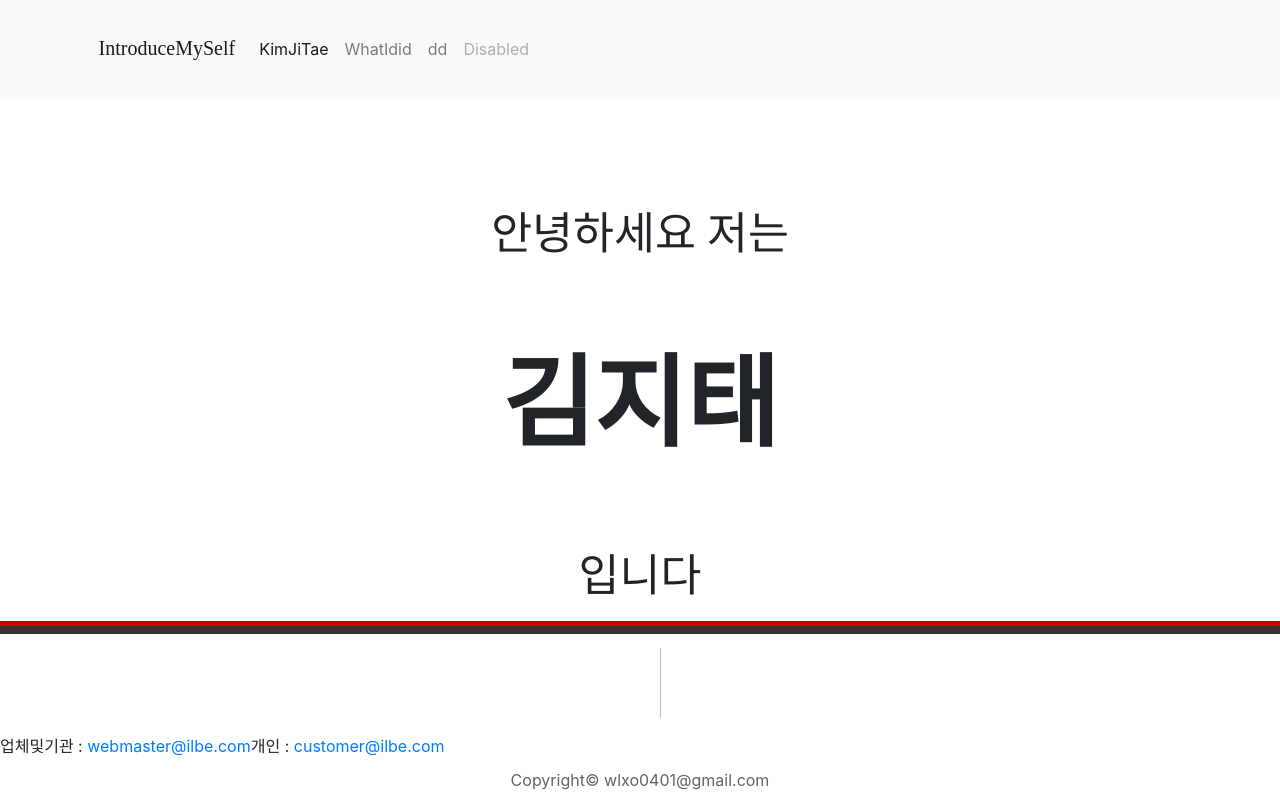
Repository: wlxo0401/IntroduveMySelf
Page: IntroduceMySelf/WebContent/Index.html
An editor plug-in stored every save of this project. The page is shown before and after the next save, followed by the edit.
The browser window is 1280 px wide. The pictures show the whole page.

Above is the page before, as saved 2020-03-11 06:23:55.

### IntroduceMySelf/WebContent/Index.html
<!DOCTYPE html>
<html>
  <head>
    <!-- Required meta tags -->
    <meta charset="utf-8">
    <meta name="viewport" content="width=device-width, initial-scale=1, shrink-to-fit=no">

    <!-- Bootstrap CSS -->
    <link rel="stylesheet" href="https://stackpath.bootstrapcdn.com/bootstrap/4.4.1/css/bootstrap.min.css" integrity="sha384-Vkoo8x4CGsO3+Hhxv8T/Q5PaXtkKtu6ug5TOeNV6gBiFeWPGFN9MuhOf23Q9Ifjh" crossorigin="anonymous">

    <title>Hello, world!</title>
    <link rel = "stylesheet" href = "style.css">
  </head>
<body>

<div id = "wrap">
	<!-- header -->
	<div id = "header">
		<nav class="navbar navbar-expand-lg navbar-light bg-light nav-distance">
			<a class="navbar-brand" href="https://pensive-heyrovsky-621c38.netlify.com/#">IntroduceMySelf</a>
		  	<button class="navbar-toggler" type="button" data-toggle="collapse" data-target="#navbarNav" aria-controls="navbarNav" aria-expanded="false" aria-label="Toggle navigation">
		    	<span class="navbar-toggler-icon"></span>
		  	</button>
		  	<div class="collapse navbar-collapse" id="navbarNav">
		    	<ul class="navbar-nav">
		      		<li class="nav-item active">
		        		<a class="nav-link" href="#">KimJiTae <span class="sr-only">(current)</span></a>
		      		</li>
		      		<li class="nav-item">
		        		<a class="nav-link" href="#">WhatIdid</a>
		      		</li>
		      		<li class="nav-item">
		        		<a class="nav-link" href="#">dd</a>
		      		</li>
		      		<li class="nav-item">
		        		<a class="nav-link disabled" href="#" tabindex="-1" aria-disabled="true">Disabled</a>
		      		</li>
		    	</ul>
			</div>
		</nav>
	</div>
	<!-- //header -->
	<!-- container -->
	<div class = "container">
		<!-- <img src="img/kimjitae1.jpg" id="bg" alt=""> -->
		<h1 class = "maintitle2">안녕하세요 저는</h2>
		<h1 class = "maintitle1">김지태</h1>
		<h1 class = "maintitle2">입니다</h2>
	</div>
	<!-- //container -->
	<!-- footer -->
	<div id = "footer">
		<div class="footer-border"></div>
		<ul class="footer-util">
				<li><a href="/list/notice">공지사항</a></li>
				<li><a href="/list/suggestion">문의 및 신고</a></li>
				<li><a href="/policy/terms" target="_blank">이용약관</a></li>
				<li><a href="/policy/privacy" target="_blank">개인정보취급방침</a></li>
				<li><a href="/policy/youth" target="_blank">청소년보호정책</a></li>
				<li><a href="/view/4810992">게시물 삭제요청방법</a></li>
				<li><a href="http://ad.ilbe.com">광고문의</a></li>
		</ul>
		<div class="address">업체및기관 : <a href="mainto:webmaster@ilbe.com">webmaster@ilbe.com</a><span class="bar"></span>개인 : <a href="mainto:customer@ilbe.com">customer@ilbe.com</a></div>
		<div class="copyright">Copyright© wlxo0401@gmail.com</div>
	</div>
	<!-- //footer -->
</div>
<!-- Optional JavaScript -->
<!-- jQuery first, then Popper.js, then Bootstrap JS -->
<script src="https://code.jquery.com/jquery-3.4.1.slim.min.js" integrity="sha384-J6qa4849blE2+poT4WnyKhv5vZF5SrPo0iEjwBvKU7imGFAV0wwj1yYfoRSJoZ+n" crossorigin="anonymous"></script>
<script src="https://cdn.jsdelivr.net/npm/popper.js@1.16.0/dist/umd/popper.min.js" integrity="sha384-Q6E9RHvbIyZFJoft+2mJbHaEWldlvI9IOYy5n3zV9zzTtmI3UksdQRVvoxMfooAo" crossorigin="anonymous"></script>
<script src="https://stackpath.bootstrapcdn.com/bootstrap/4.4.1/js/bootstrap.min.js" integrity="sha384-wfSDF2E50Y2D1uUdj0O3uMBJnjuUD4Ih7YwaYd1iqfktj0Uod8GCExl3Og8ifwB6" crossorigin="anonymous"></script>
</body>
</html>

### IntroduceMySelf/WebContent/style.css
body{
	margin: 0;
	padding: 0;
}

#bg {
  position: fixed;
  top: 0;
  left: 0;

  /* Preserve aspet ratio */
  min-width: 100%;
  min-height: 100%;
}

.container{
	margin-top: 100px;
}

.maintitle1{
	font-family: NanumSquareR;
	font-size: 100px;
	line-height: 1.67;
	text-transform: uppercase;
	font-weight: 900;
	text-align: center;
	color: #354655d;
	margin-top: 50px;
	margin-bottom: 50px;
}


.maintitle2{
	text-transform: uppercase;
	font-family: NanumSquareR;
	font-size: 44.5px;
	line-height: 1.67;
	text-align: center;
	color: #354655d;
}


.nav-distance{
	padding: 2.1% 7.7%
}

.navbar-brand{
	font-family: NanumSquareR;
	line-height: 1.68;
	text-align: left;
	color: #35465d;
}


/* On screens that are 600px or less, set the background color to olive */
@media screen and (max-width: 600px) {
  html {
    font-size: 10px;
  }
  .navbar-brand{
  	font-size: 4rem;
  }
}

.footer-border {
    border-top: 5px solid #cc0000;
    box-sizing: content-box;
    background: #333333;
    height: 8px;
}

.footer-util {
    text-align: center;
    margin-top: 14px;
    font-size: 0;
}
.footer-util li a {
    color: #888888;
}
ol, ul {
    list-style: none;
}
.footer-util li:after {
    content: "";
    display: inline-block;
    width: 1px;
    height: 10px;
    background: #bebebe;
    margin: 0 10px;
}
.copyright {
    margin-top: 10px;
    text-align: center;
    color: #636363;
}

After the next save:
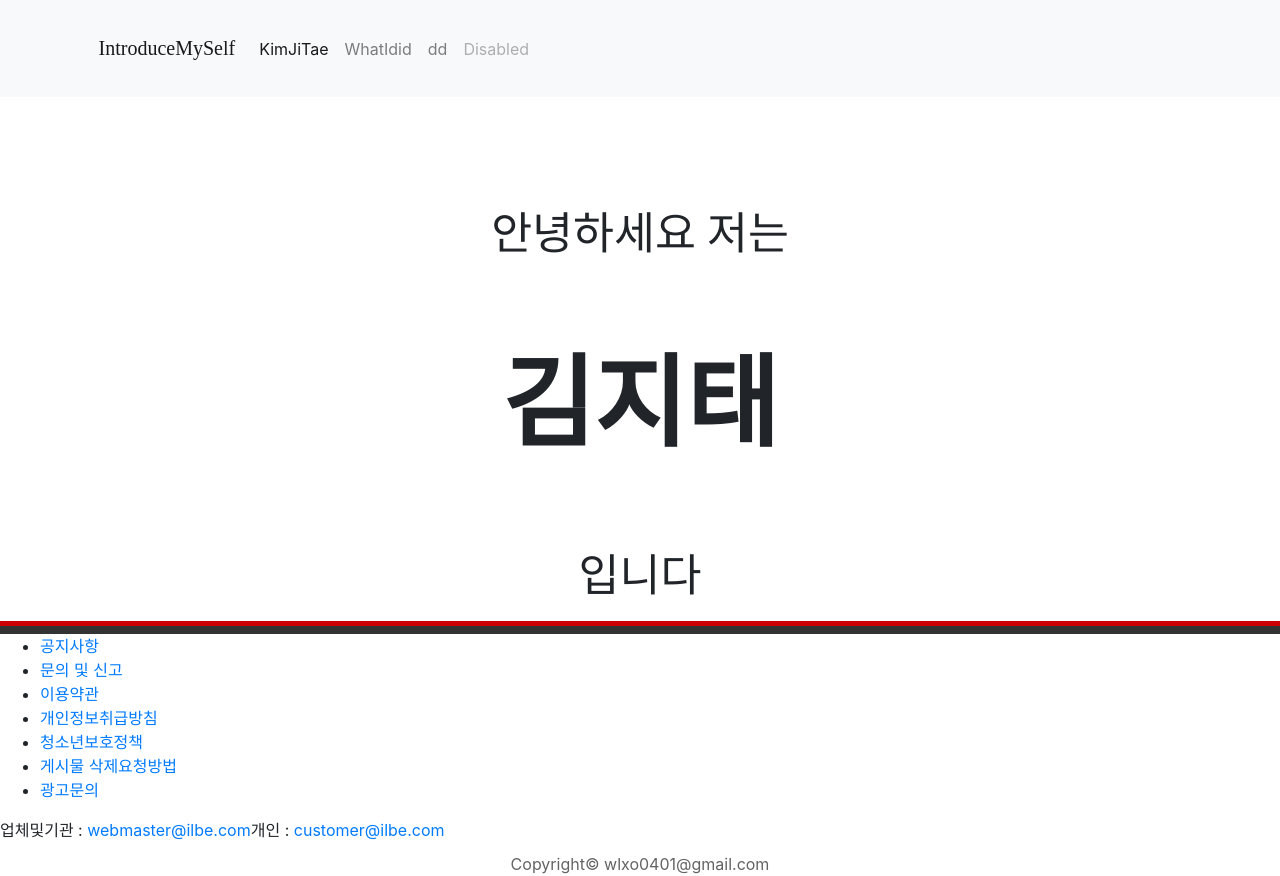
Saved 16 s later.
--- a/IntroduceMySelf/WebContent/style.css
+++ b/IntroduceMySelf/WebContent/style.css
@@ -69,25 +69,6 @@ body{
     height: 8px;
 }
 
-.footer-util {
-    text-align: center;
-    margin-top: 14px;
-    font-size: 0;
-}
-.footer-util li a {
-    color: #888888;
-}
-ol, ul {
-    list-style: none;
-}
-.footer-util li:after {
-    content: "";
-    display: inline-block;
-    width: 1px;
-    height: 10px;
-    background: #bebebe;
-    margin: 0 10px;
-}
 .copyright {
     margin-top: 10px;
     text-align: center;
